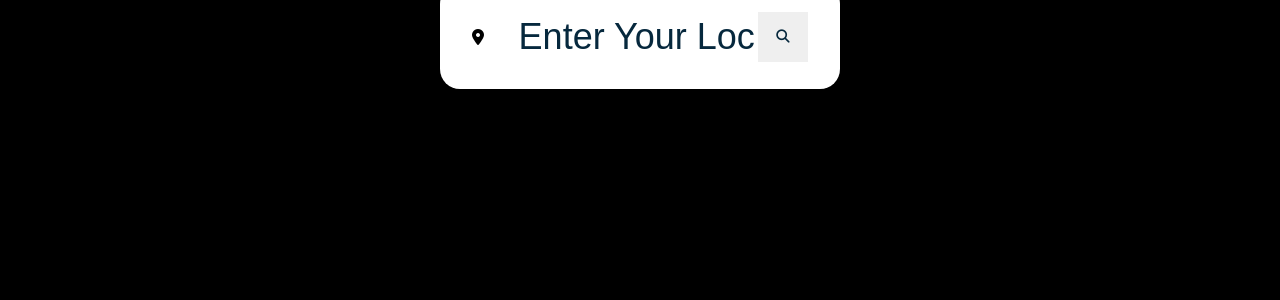
Repository: Pr1s0n3r627/weather
Page: index.html
The author's editor kept a copy of each file at every save. The page is drawn from the files as they stood at one save, then again after the next save.
The browser window is 1280 px wide. The pictures show the whole page.
Some web libraries are served in a nearby version.

Above is the page before, as saved 2024-05-18 23:03:02.
Not found: index.js

### index.html
<!DOCTYPE html>
<html lang="en">

<head>
    <meta charset="UTF-8">
    <meta http-equiv="X-UA-Compatible" content="IE=edge">
    <meta name="viewport" content="width=device-width, initial-scale=1.0">
    <link
        href="https://fonts.googleapis.com/css2?family=Poppins:wght@300;400;500;600;700;800;900&family=Roboto:wght@300;400;500;700;900&display=swap"
        rel="stylesheet">
    <link rel="stylesheet" href="style.css">
    <title>Day #10 - Weather App | AsmrProg</title>
</head>

<body>

    <div class="container">
        <div class="search-box">
            <i class="fa-solid fa-location-dot"></i>
            <input type="text" placeholder="Enter your location">
            <button class="fa-solid fa-magnifying-glass"></button>
        </div>

        <div class="not-found">
            <img src="not-found.png">
            <p>Oops! Invalid location :/</p>
        </div>

        <div class="weather-box">
            <img src="">
            <p class="temperature"></p>
            <p class="description"></p>
        </div>

        <div class="weather-details">
            <div class="humidity">
                <i class="fa-solid fa-water"></i>
                <div class="text">
                    <span></span>
                    <p>Humidity</p>
                </div>
            </div>
            <div class="wind">
                <i class="fa-solid fa-wind"></i>
                <div class="text">
                    <span></span>
                    <p>Wind Speed</p>
                </div>
            </div>
        </div>

    </div>

    <script src="https://kit.fontawesome.com/7c8801c017.js" crossorigin="anonymous"></script>
    <script src="index.js"></script>
</body>

</html>

### style.css
*{
    margin: 0;
    padding: 0;
    border: 0;
    outline: none;
    box-sizing: border-box;
}

body{
    height: 10vh;
    display: flex;
    align-items: center;
    justify-content: center;
    background: #000;
}

.container{
    position: relative;
    width: 400px;
    height: 105px;
    background: #fff;
    padding: 28px 32px;
    overflow: hidden;
    border-radius: 20px;
    font-family: 'Poppins', sans-serif;
    transition: 0.6s;
}

.search-box{
    width: 100%;
    height: min-content;
    display: flex;
    align-items: center;
    justify-content: space-between
}

.search-box input{
    color: #333;
    width: 80%;
    font-size: 36px;
    font-weight: 500;
    text-transform: inherit;
    padding-left: 32px;
}

.search-box input::placeholder{
    font-size: 36px;
    font-weight: 500;
    color: #06283d;
    text-transform: capitalize;
}

.search-box button{
    cursor: pointer;
    width: 50px;
    height: 50px;
    color: #06283d;
}

After the next save:
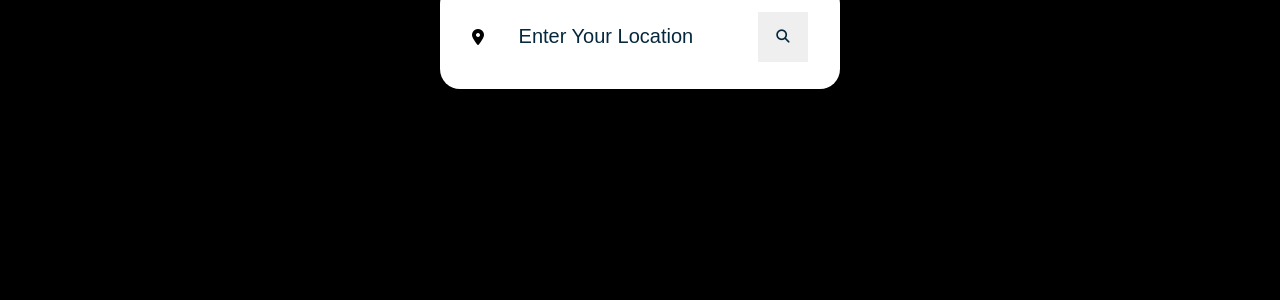
Saved 18 s later.
--- a/style.css
+++ b/style.css
@@ -37,14 +37,14 @@ body{
 .search-box input{
     color: #333;
     width: 80%;
-    font-size: 36px;
+    font-size: 20px;
     font-weight: 500;
     text-transform: inherit;
     padding-left: 32px;
 }
 
 .search-box input::placeholder{
-    font-size: 36px;
+    font-size: 20px;
     font-weight: 500;
     color: #06283d;
     text-transform: capitalize;
@@ -55,4 +55,5 @@ body{
     width: 50px;
     height: 50px;
     color: #06283d;
+
 }
